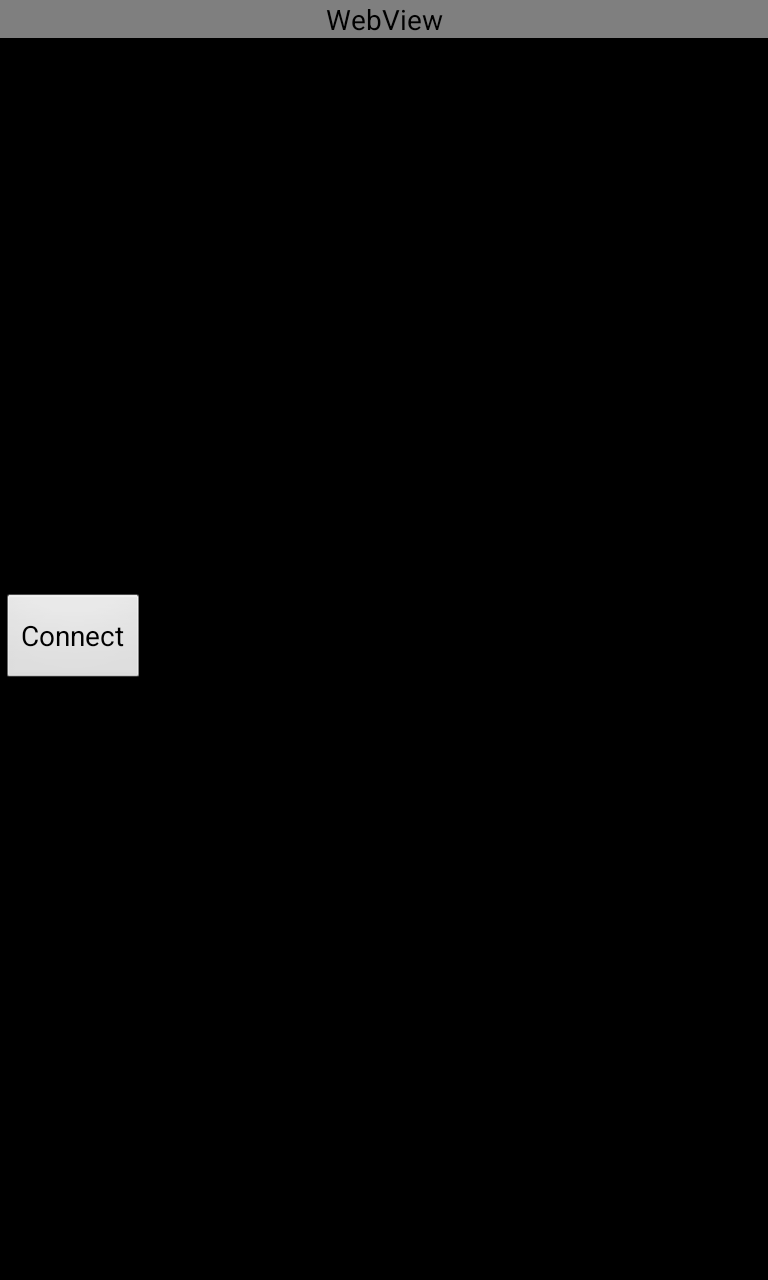
Repository: sstopkin/my-car-pc
Layout: RobotRules/res/layout/viewlay.xml
An editor plug-in stored every save of this project. The layout is shown before and after a run of saves, followed by the edit.
Pictures or frames that could not be fetched are drawn as grey boxes. It is drawn on a 768 x 1280 px phone screen (xhdpi) without system bars, with theme android:Theme.NoTitleBar.Fullscreen; the app's code is not run.

Above is the layout before, as saved 2012-02-18 11:29:44.

### RobotRules/res/layout/viewlay.xml
<?xml version="1.0" encoding="utf-8"?>
<AbsoluteLayout xmlns:android="http://schemas.android.com/apk/res/android"
    android:layout_width="match_parent"
    android:layout_height="match_parent" >

    <RelativeLayout
        android:layout_width="fill_parent"
        android:layout_height="wrap_content" >

        <WebView
            android:id="@+id/webView1"
            android:layout_width="fill_parent"
            android:layout_height="wrap_content" />

        <LinearLayout
            android:layout_width="fill_parent"
            android:layout_height="fill_parent" >
            <Button
                android:id="@+id/button1"
                android:layout_width="wrap_content"
                android:layout_height="wrap_content"
                android:layout_gravity="center"
                android:text="Connect" />
        </LinearLayout>
    </RelativeLayout>

</AbsoluteLayout>

After the next 3 saves:
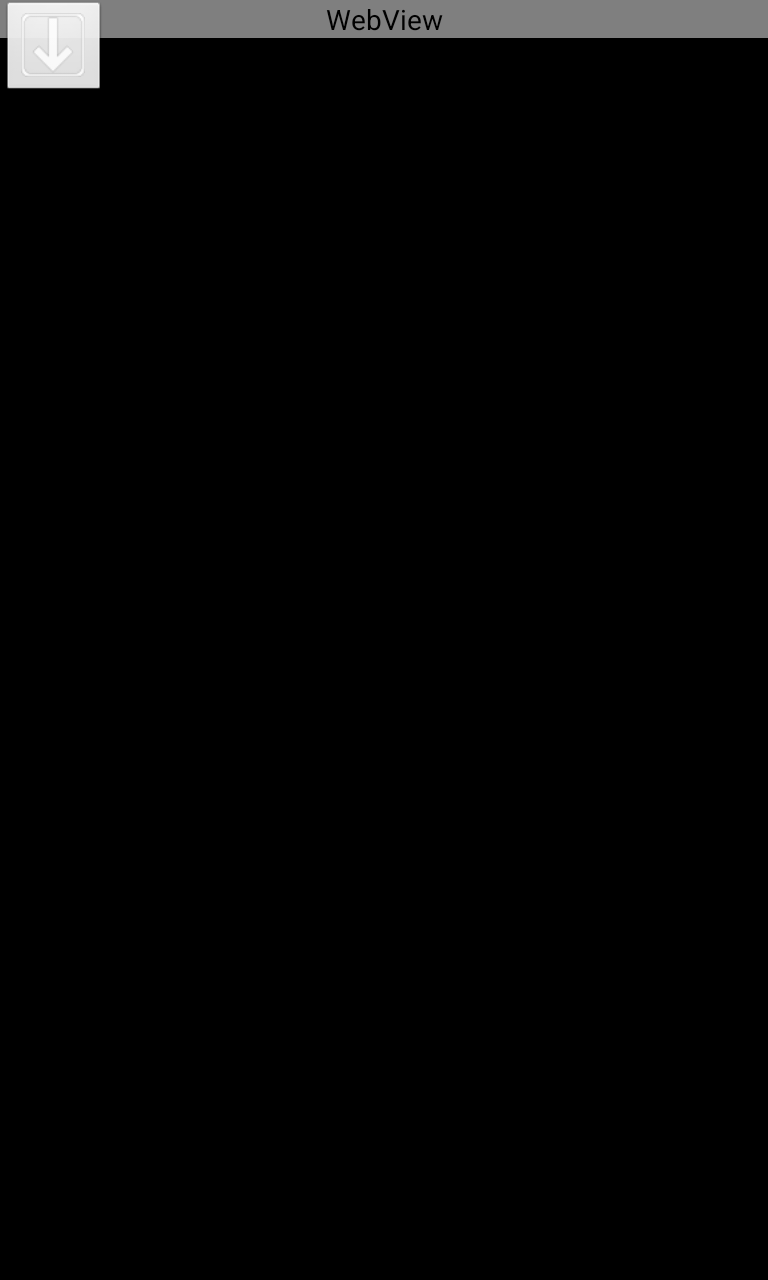
The 3 saves are shown as one change because 2 did not build or start.
The last was saved 42 min 42 s later.
--- a/RobotRules/res/layout/viewlay.xml
+++ b/RobotRules/res/layout/viewlay.xml
@@ -15,12 +15,12 @@
         <LinearLayout
             android:layout_width="fill_parent"
             android:layout_height="fill_parent" >
-            <Button
-                android:id="@+id/button1"
-                android:layout_width="wrap_content"
-                android:layout_height="wrap_content"
-                android:layout_gravity="center"
-                android:text="Connect" />
+            <ImageButton
+    android:id="@+id/ImageButton01"
+    android:layout_width="wrap_content"
+    android:layout_height="wrap_content"
+    android:src="@drawable/robotrulesdown48"/>
+
         </LinearLayout>
     </RelativeLayout>
 
